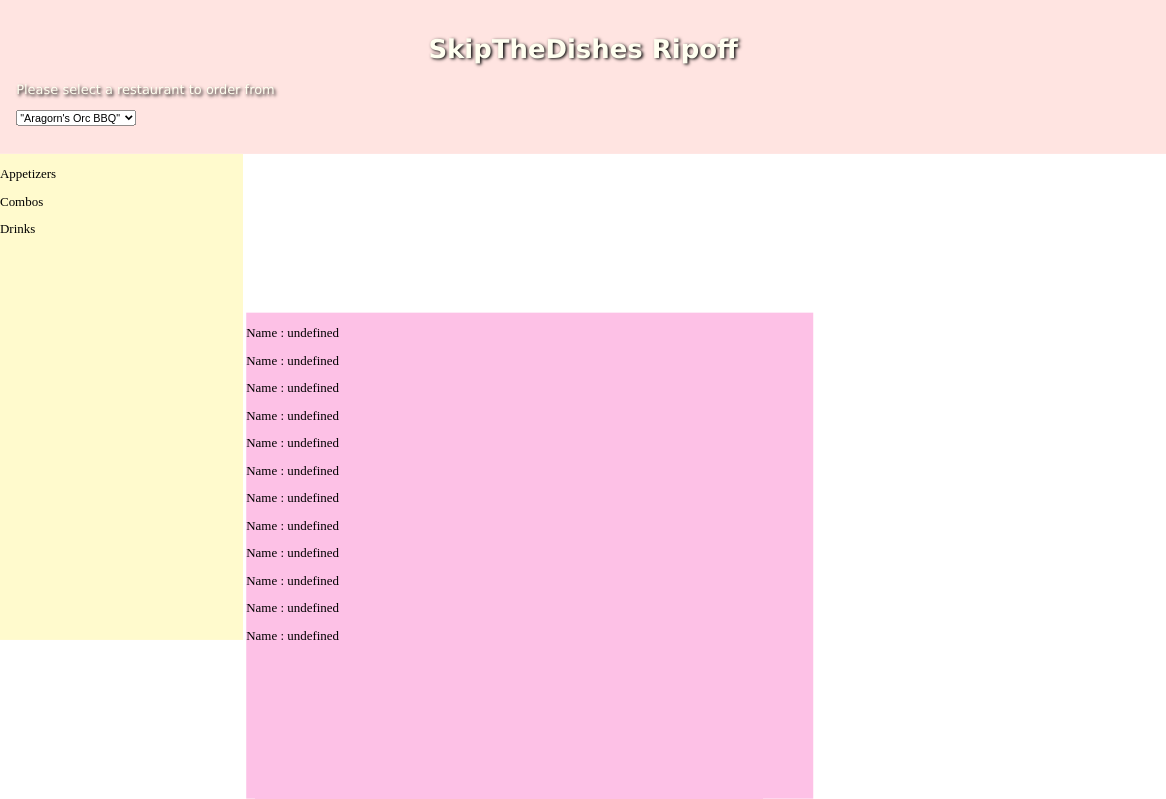
Repository: hudaali14/Carleton
Page: 2406/Assignments/Assignment1 (97)/order.html
These files come from the project's save history. The page is drawn as it stood at one moment and after the next save; the edit follows.
The browser window is 1280 px wide. The page is 1440 px wide, so the pictures cover 1440 px, including what lies to the right of the window. The pictures show the whole page, at 81% of full size.
After loading, the first visible `#dropdown` was changed once.

Above is the page before, as saved 2020-01-25 19:03:57.

After the next save:
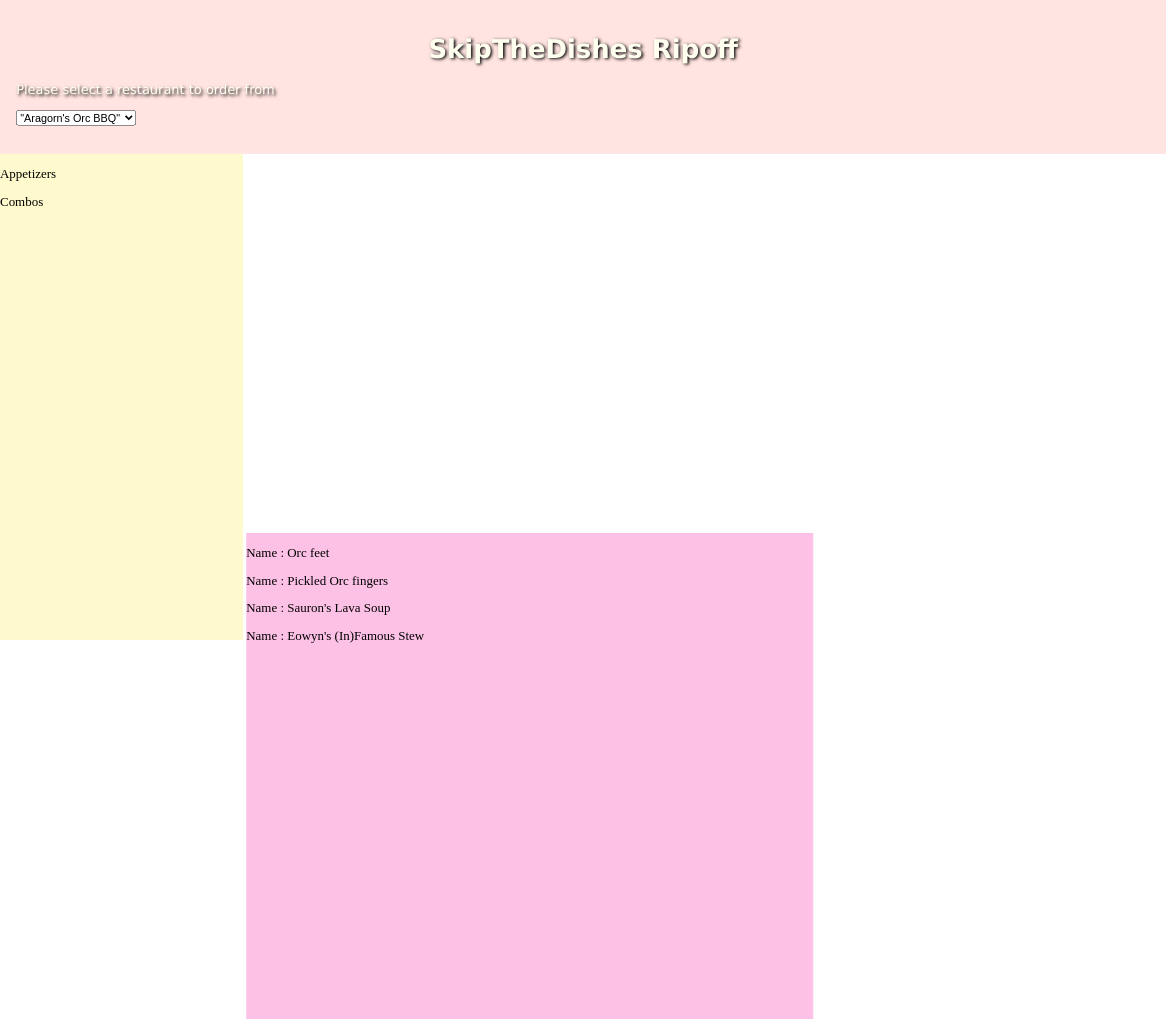
Console error: TypeError: Cannot read properties of undefined (reading 'name')
Saved 31 s later.
--- a/2406/Assignments/Assignment1 (97)/client.js
+++ b/2406/Assignments/Assignment1 (97)/client.js
@@ -330,7 +330,7 @@
 function displayItems(restaurant, restaurantMenu, index){
 	let itemMenu = document.getElementById("items");
 	//console.log(JSON.stringify(categoryName));
-	let categoryItems = restaurantMenu[index];
+	let categoryItems = restaurant.menu[restaurantMenu[index]];
 	// let name = legolas.menu["Lembas"][0].name;
 	// console.log(name);
 	for(let i=0; i<4; i++){
